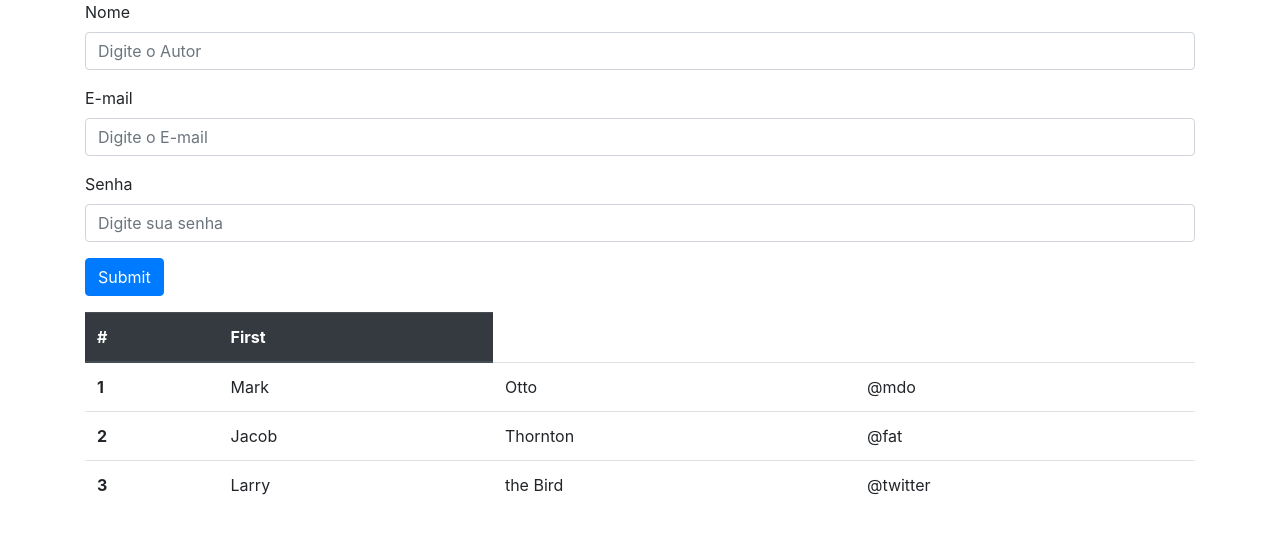
Repository: wellersonfc/simple-crud-react
Page: /
An editor plug-in stored every save of this project. The page is shown before and after the next save, followed by the edit.
The browser window is 1280 px wide. The pictures show the whole page.
The project was rebuilt for these pictures with package versions that can differ from the ones it lists, and the page was loaded fresh each time.

Above is the page before, as saved 2019-09-22 15:32:11.

After the next save:
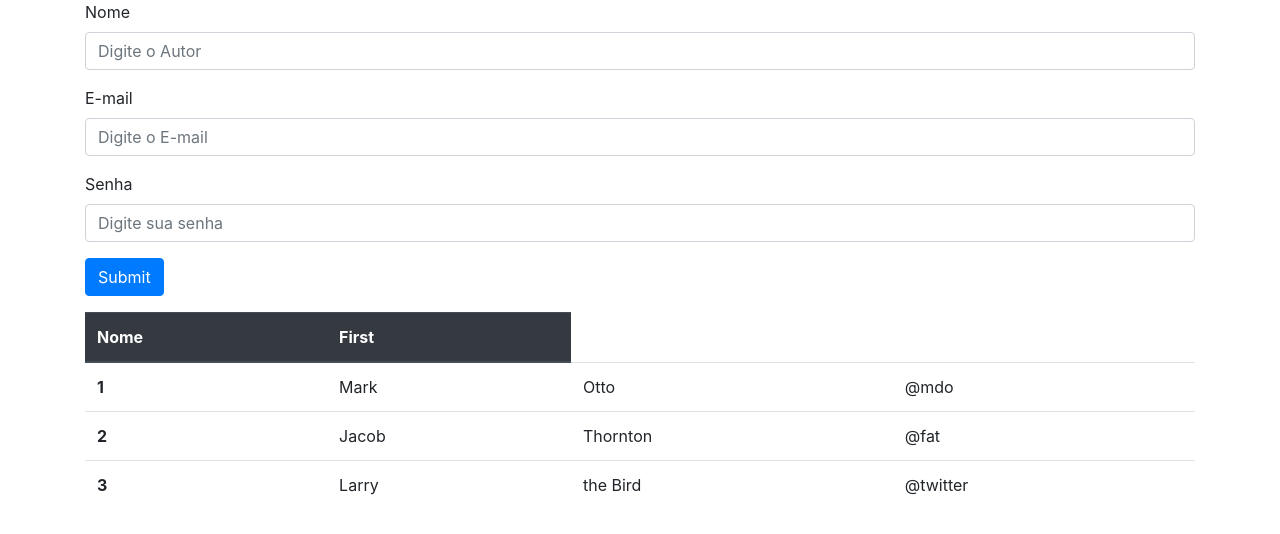
Saved 4 s later.
--- a/src/App.js
+++ b/src/App.js
@@ -27,7 +27,7 @@ function App() {
           <table class="table">
             <thead class="thead-dark table-striped">
               <tr>
-                <th scope="col">#</th>
+                <th scope="col">Nome</th>
                 <th scope="col">First</th>
               </tr>
             </thead>
